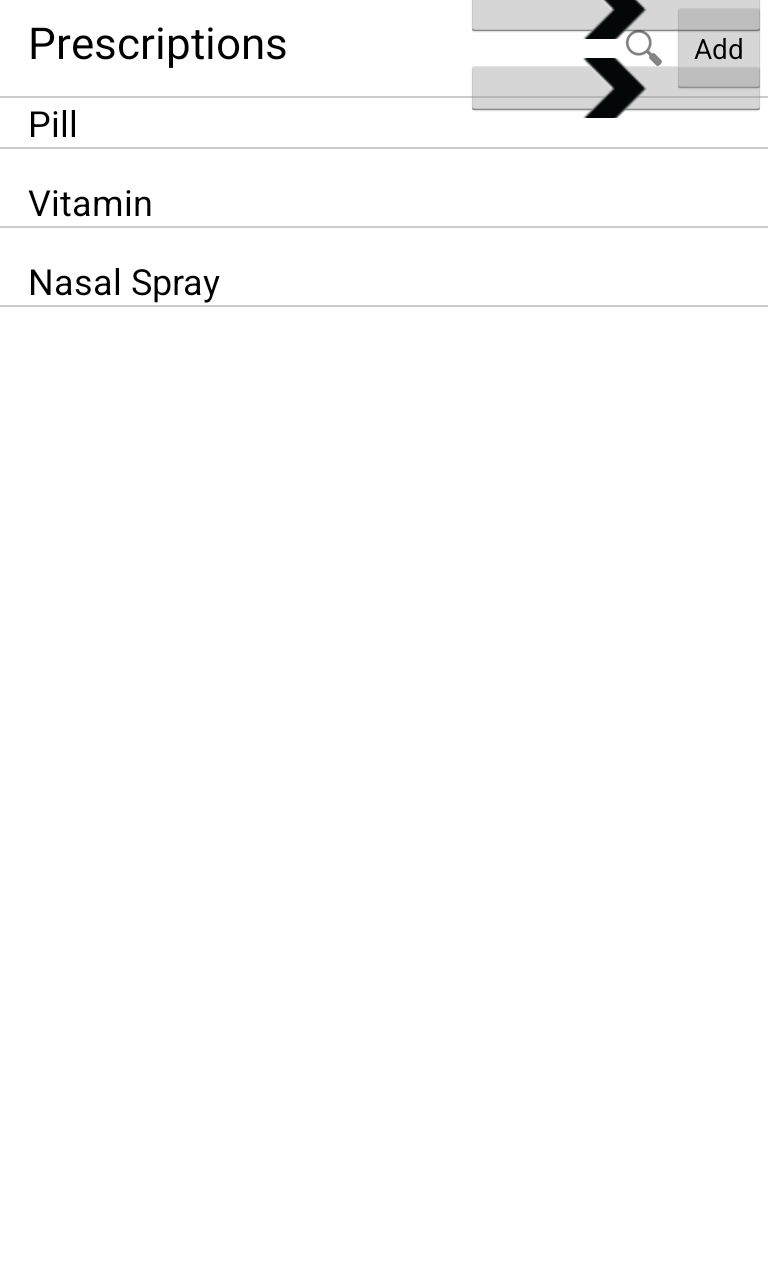
Repository: ranika/pilltracker
Layout: PillTracker/res/layout/fragment_prescription.xml
These files come from the project's save history. The layout is drawn as it stood at one moment and after the next save; the edit follows.
It is drawn on a 768 x 1280 px phone screen (xhdpi) without system bars, with theme AppTheme; the app's code is not run.

Above is the layout before, as saved 2014-04-10 03:50:36.

After the next save:
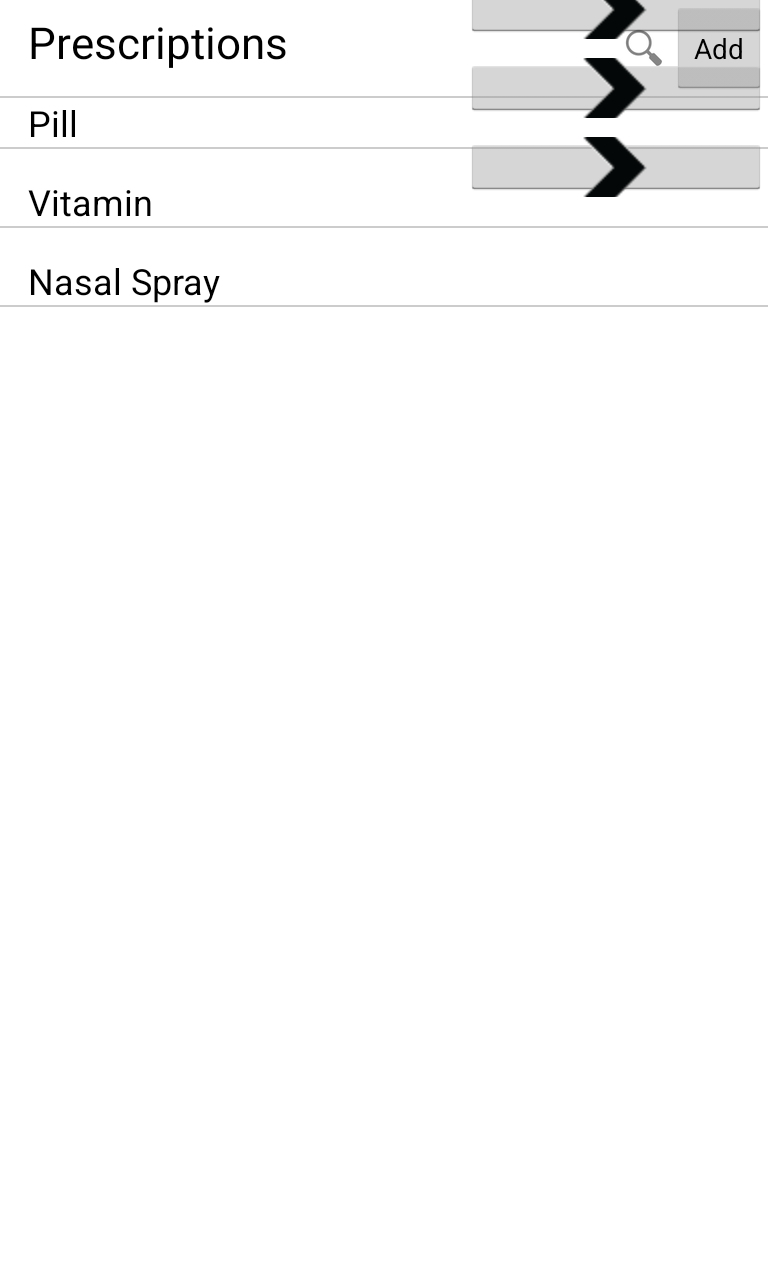
Saved 18 s later.
--- a/PillTracker/res/layout/fragment_prescription.xml
+++ b/PillTracker/res/layout/fragment_prescription.xml
@@ -111,5 +111,14 @@
         android:layout_alignParentRight="true"
         android:drawableRight="@drawable/arrow_right" />
 
+    <Button
+        android:id="@+id/button4"
+        android:layout_width="wrap_content"
+        android:layout_height="30dp"
+        android:layout_alignBaseline="@+id/textView4"
+        android:layout_alignBottom="@+id/textView4"
+        android:layout_alignParentRight="true"
+        android:drawableRight="@drawable/arrow_right" />
+
 
 </RelativeLayout>
